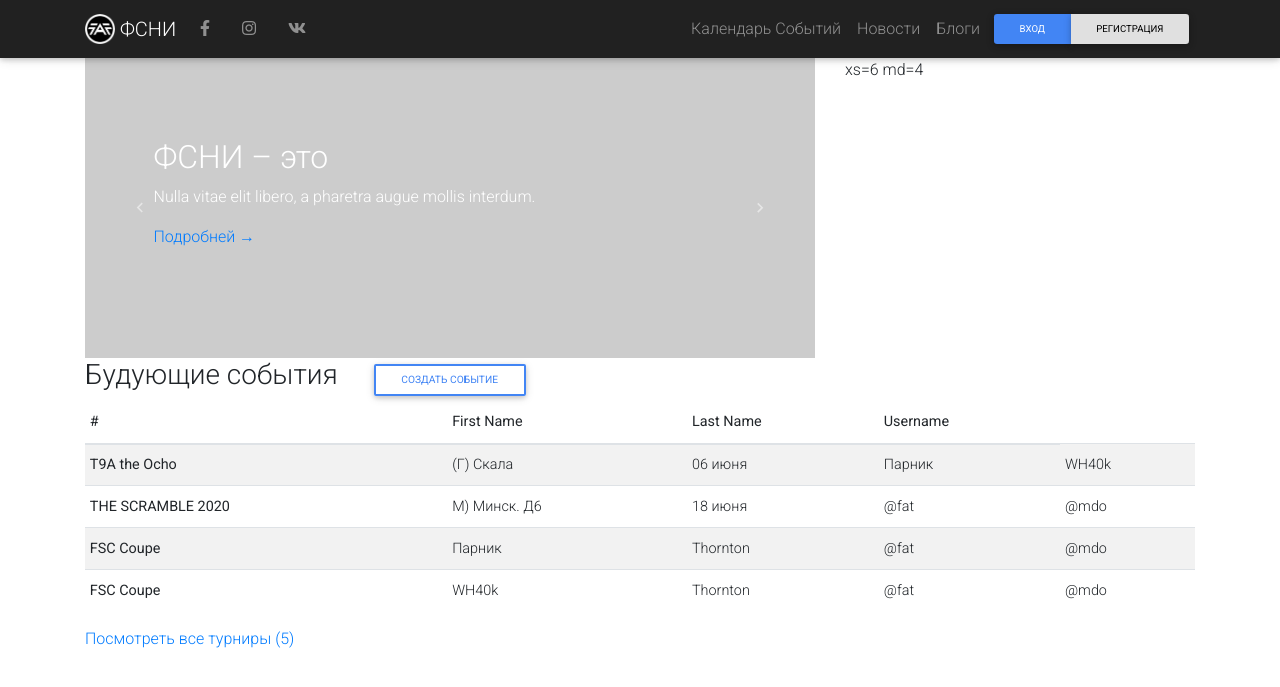
Repository: alexey1986/fsni_test
Page: /
The author's editor kept a copy of each file at every save. The page is drawn from the files as they stood at one save, then again after the next save.
The browser window is 1280 px wide. The pictures show the whole page.
The project was rebuilt for these pictures with package versions that can differ from the ones it lists, and the page was loaded fresh each time. Also part of the build but not shown: src/pages/calendar.jsx, src/pages/news.jsx, src/pages/blogs.jsx.

Above is the page before, as saved 2020-08-29 10:30:48.

### src/index.js
import React from 'react';
import ReactDOM from 'react-dom';
import 'bootstrap/dist/css/bootstrap.min.css';
import '@fortawesome/fontawesome-free/css/all.min.css';
//import 'bootstrap-css-only/css/bootstrap.min.css';
import 'mdbreact/dist/css/mdb.css';


import App from './App';
import * as serviceWorker from './serviceWorker';

ReactDOM.render(
  <React.StrictMode>
    <App />
  </React.StrictMode>,
  document.getElementById('root')
);

// If you want your app to work offline and load faster, you can change
// unregister() to register() below. Note this comes with some pitfalls.
// Learn more about service workers: https://bit.ly/CRA-PWA
serviceWorker.unregister();

### src/App.js
import React from 'react';
import { BrowserRouter as Router, Route } from "react-router-dom";
import NavBarComponent from './components/nav/NavBar';
import Home from './pages/home';
import Calendar from './pages/calendar';
import News from './pages/news';
import Blogs from './pages/blogs';

const App = () => {
  return (
    <Router>
      <NavBarComponent></NavBarComponent>
      <Route path="/" exact component={Home} />
      <Route path="/calendar" exact component={Calendar} />
      <Route path="/news" exact component={News} />
      <Route path="/blogs" exact component={Blogs} />
    </Router>
  )
}


export default App;

### src/components/nav/NavBar.jsx
import React from 'react';
import { Link, NavLink } from "react-router-dom";
import { Container, Navbar, Nav, ButtonGroup, Button } from 'react-bootstrap';
import SocialButtons from './SocialButtons';
import logo from './logo.png';

const NavBarComponent = () => {
    return (
        <Navbar bg="dark" expand="lg" variant="dark" sticky="top" >
            <Container>
                <Navbar.Brand as={Link} to='/'>
                    <img
                        alt=""
                        src={logo}
                        width="30"
                        height="30"
                        className="d-inline-block align-top"
                    />{' '}
                    ФСНИ
                </Navbar.Brand>
                <Navbar.Toggle aria-controls="basic-navbar-nav" />
                <Navbar.Collapse id="basic-navbar-nav">
                    <SocialButtons />
                    <Nav>
                        <Nav.Link as={NavLink} to='/calendar'>Календарь Событий</Nav.Link>
                        <Nav.Link as={NavLink} to='/news'>Новости</Nav.Link>
                        <Nav.Link as={NavLink} to='/blogs'>Блоги</Nav.Link>
                    </Nav>
                    <ButtonGroup size="sm" aria-label="login/registration">
                        <Button variant="primary">Вход</Button>
                        <Button variant="light">Регистрация</Button>
                    </ButtonGroup>
                </Navbar.Collapse>
            </Container>
        </Navbar>
    )
}

export default NavBarComponent;

### src/pages/home.jsx
import React from 'react';
import { Container, Row, Col, Button, Table } from 'react-bootstrap';
import CarouselComponent from '../components/carousel/Carousel';


import { Link } from "react-router-dom";

const Home = () => {
    return (
        <Container>
            <section>
                <Row>
                    <Col xs={12} md={8}>
                        <CarouselComponent />
                    </Col>
                    <Col xs={6} md={4}>
                        xs=6 md=4
                </Col>
                </Row>
            </section>

            <section>
                <Row>
                    <Col md="auto">
                        <h3>Будующие события</h3>
                    </Col>
                    <Col>
                        <Button variant="outline-primary" size="sm">Создать Событие</Button>{' '}
                    </Col>
                </Row>

                <Table striped hover size="sm">
                    <thead>
                        <tr>
                            <th>#</th>
                            <th>First Name</th>
                            <th>Last Name</th>
                            <th>Username</th>
                        </tr>
                    </thead>
                    <tbody>
                        <tr>
                            <th>T9A the Ocho</th>
                            <td>(Г) Скала</td>
                            <td>06 июня</td>
                            <td>Парник</td>
                            <td>WH40k</td>
                        </tr>
                        <tr>
                            <th>THE SCRAMBLE 2020</th>
                            <td>М) Минск. Д6</td>
                            <td>18 июня</td>
                            <td>@fat</td>
                            <td>@mdo</td>
                        </tr>
                        <tr>
                            <th>FSC Coupe </th>
                            <td>Парник</td>
                            <td>Thornton</td>
                            <td>@fat</td>
                            <td>@mdo</td>
                        </tr>
                        <tr>
                            <th>FSC Coupe </th>
                            <td>WH40k</td>
                            <td>Thornton</td>
                            <td>@fat</td>
                            <td>@mdo</td>
                        </tr>
                    </tbody>
                </Table>

                <Link to='/'>Посмотреть все турниры (5)</Link>


            </section>
        </Container>
    )
}

export default Home;

### src/components/nav/SocialButtons.jsx
import React from 'react';
import { Nav } from 'react-bootstrap';
import { MDBIcon } from 'mdbreact';

const SocialButtons = () => {
  return (
    <Nav className="mr-auto" >
      <Nav.Link href="#!" className="fb-ic mr-3">
        <MDBIcon fab icon="facebook-f" />
      </Nav.Link>
      <Nav.Link href="#!" className="ins-ic mr-3">
        <MDBIcon fab icon="instagram" />
      </Nav.Link>
      <Nav.Link href="#!" className="vk-ic mr-3">
        <MDBIcon fab icon="vk" />
      </Nav.Link>
    </Nav>
  );
}

export default SocialButtons;

### src/components/carousel/Carousel.jsx
import React from 'react';
import { Carousel } from 'react-bootstrap';
import { Link } from "react-router-dom";
import './styles.css';


class CarouselComponent extends React.Component {
    render() {
        return (
            <Carousel indicators={false}>
                <Carousel.Item>
                    <Carousel.Caption>
                        <h2>ФСНИ – это </h2>
                        <p>Nulla vitae elit libero, a pharetra augue mollis interdum.</p>
                        <p>
                            <Link to='/'>Подробней &#8594;</Link>
                        </p>
                    </Carousel.Caption>
                </Carousel.Item>
                <Carousel.Item>
                    <Carousel.Caption>
                        <h2>ФСНИ – это </h2>
                        <p>Lorem ipsum dolor sit amet, consectetur adipiscing elit. Vivamus magna justo, lacinia eget consectetur sed, convallis at tellus.</p>
                        <p>
                            <Link to='/'>Подробней &#8594;</Link>
                        </p>
                    </Carousel.Caption>
                </Carousel.Item>
                <Carousel.Item>
                    <Carousel.Caption>
                        <h2>ФСНИ – это </h2>
                        <p>Lorem ipsum dolor sit amet, consectetur adipiscing elit. Vivamus magna justo, lacinia eget consectetur sed, convallis at tellus.</p>
                        <p>
                            <Link to='/'>Подробней &#8594;</Link>
                        </p>
                    </Carousel.Caption>
                </Carousel.Item>
            </Carousel>
        )
    }
}

export default CarouselComponent;

### src/components/carousel/styles.css
.carousel-item {
    background: #ccc;
    height: 300px;
}

.carousel-caption {
    top: 20%;
    bottom: auto;
    text-align: left;
}

Loaded but not shown: public/index.html (common file); src/serviceWorker.js (common file)

After the next save:
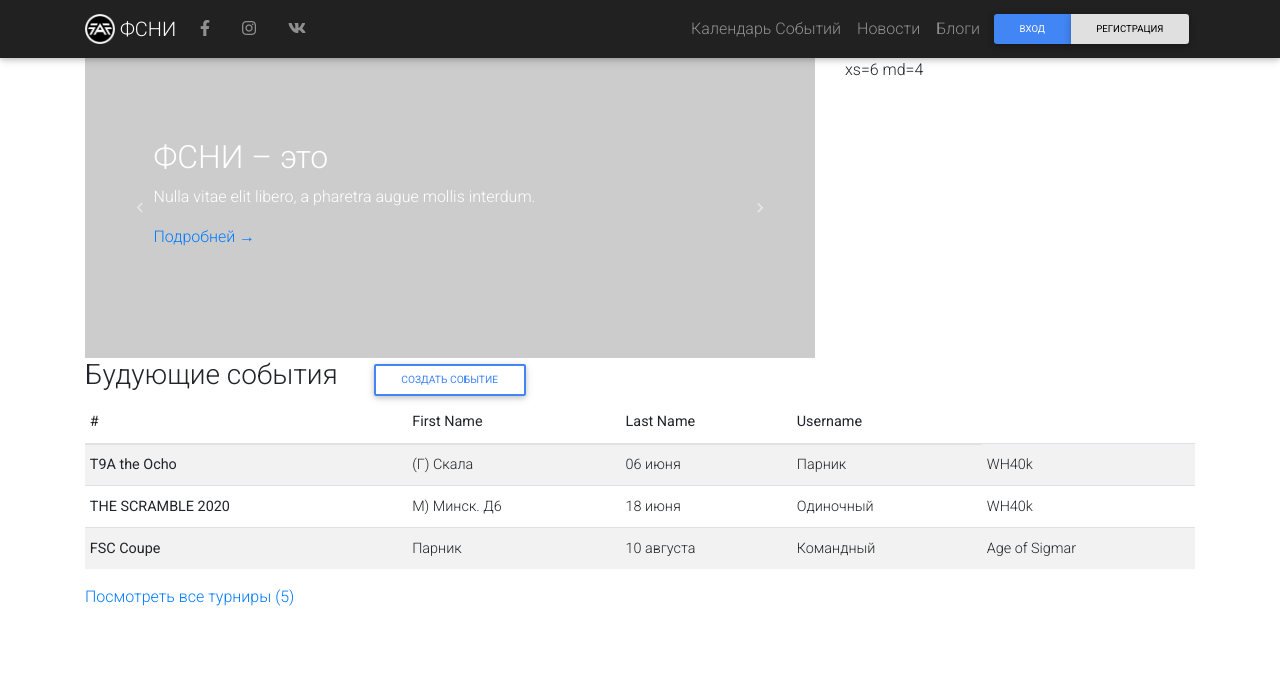
Saved 35 s later.
--- a/src/pages/home.jsx
+++ b/src/pages/home.jsx
@@ -50,22 +50,15 @@
                             <th>THE SCRAMBLE 2020</th>
                             <td>М) Минск. Д6</td>
                             <td>18 июня</td>
-                            <td>@fat</td>
-                            <td>@mdo</td>
+                            <td>Одиночный</td>
+                            <td>WH40k</td>
                         </tr>
                         <tr>
                             <th>FSC Coupe </th>
                             <td>Парник</td>
-                            <td>Thornton</td>
-                            <td>@fat</td>
-                            <td>@mdo</td>
-                        </tr>
-                        <tr>
-                            <th>FSC Coupe </th>
-                            <td>WH40k</td>
-                            <td>Thornton</td>
-                            <td>@fat</td>
-                            <td>@mdo</td>
+                            <td>10 августа</td>
+                            <td>Командный</td>
+                            <td>Age of Sigmar</td>
                         </tr>
                     </tbody>
                 </Table>
